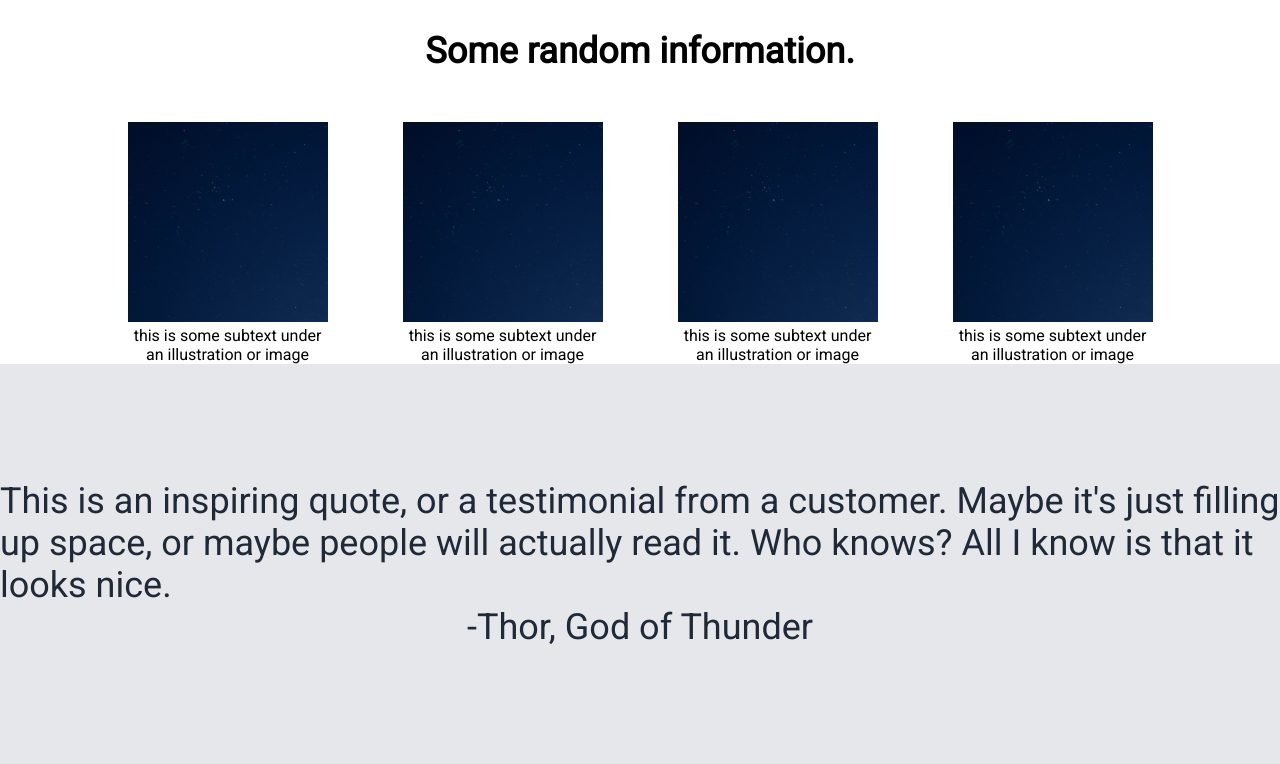
Repository: aaronestre/odin-landingpage
Page: index.html
The author's editor kept a copy of each file at every save. The page is drawn from the files as they stood at one save, then again after the next save.
The browser window is 1280 px wide. The pictures show the part of the page from y = 570 to 1334 px (the page is 1334 px tall).
A picture or video elsewhere on the page could not be fetched, so the positions and the page height are approximate.

Above is the page before, as saved 2025-02-12 20:24:08.

After the next save:
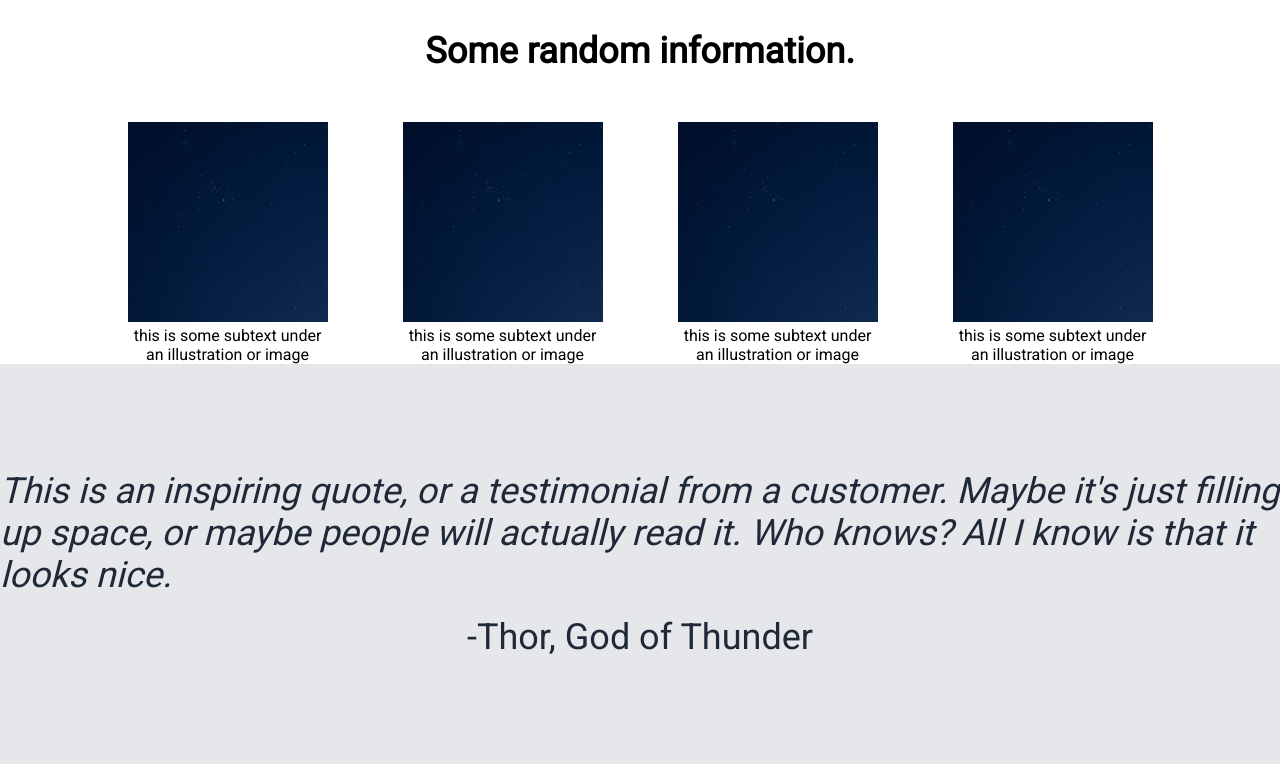
Saved 18 s later.
--- a/index.css
+++ b/index.css
@@ -108,3 +108,8 @@
     color: #1f2937;
     height: 400px;
 }
+
+.quote-text {
+    font-style: italic;
+    margin-bottom: 20px;
+}
